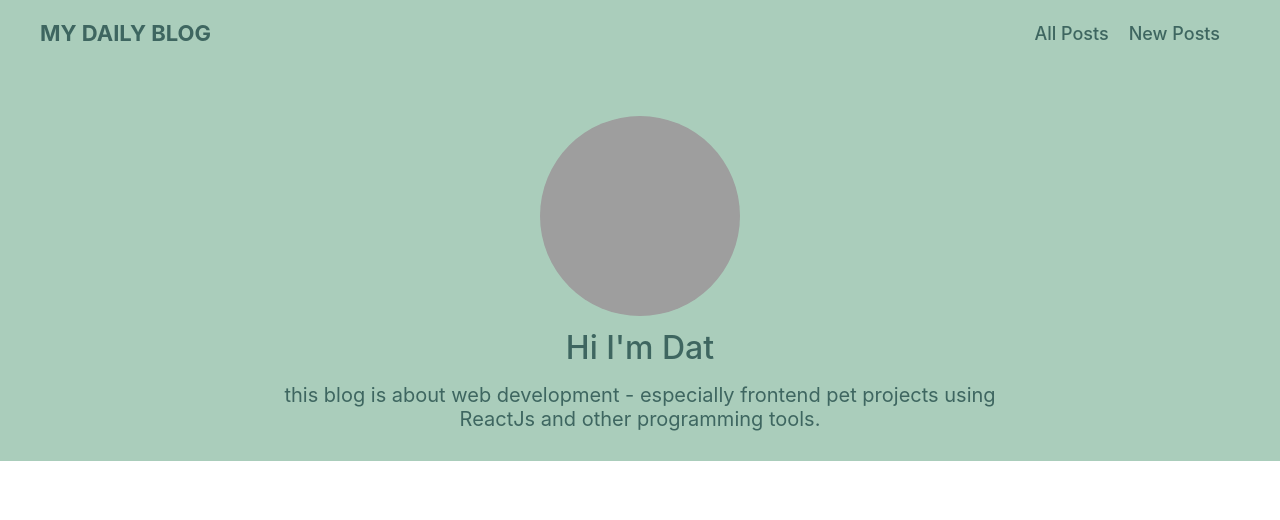
Repository: lyvandat/post-project-nextjs
Page: /
The author's editor kept a copy of each file at every save. The page is drawn from the files as they stood at one save, then again after the next save.
The browser window is 1280 px wide. The pictures show the whole page.
Pictures or frames that could not be fetched are drawn as grey boxes. The project was rebuilt for these pictures with package versions that can differ from the ones it lists, and the page was loaded fresh each time. The framework's server and built-in components were replaced by stand-ins that run in the browser. Also part of the build but not shown: next.config.js.

Above is the page before, as saved 2022-09-25 11:13:47.

### pages/_app.tsx
import "../styles/globals.css";
import type { AppProps } from "next/app";
import Layout from "../components/layout/Layout";

function MyApp({ Component, pageProps }: AppProps) {
  return (
    <Layout>
      <Component {...pageProps} />
    </Layout>
  );
}

export default MyApp;

### pages/index.tsx
import type { NextPage } from "next";
import React from "react";
import MainNavigation from "../components/layout/MainNavigation";
import Info from "../components/info/Info";

const Home: NextPage = () => {
  return (
    <React.Fragment>
      <Info />
    </React.Fragment>
  );
};

export default Home;

### styles/globals.css
:root {
  --background-green: #aacdbb;
  --light-green: #abb7ab;
  --medium-green: #8b9874;
  --high-green: #3e6660;
}

html,
body {
  color: var(--medium-green);
  padding: 0;
  margin: 0;
  font-family: -apple-system, BlinkMacSystemFont, Segoe UI, Roboto, Oxygen,
    Ubuntu, Cantarell, Fira Sans, Droid Sans, Helvetica Neue, sans-serif;
}

html {
  font-size: 62.5%;
}

body {
  font-size: 1.6rem;
}

a {
  color: inherit;
  text-decoration: none;
}

* {
  box-sizing: border-box;
  margin: 0;
  border: 0;
  padding: 0;
}

ul {
  padding-left: 0;
  list-style: none;
}

button {
  outline: none;
}

img {
  display: block;
  max-width: 100%;
}

.container {
  max-width: 1200px;
  width: 100%;
  margin-left: auto;
  margin-right: auto;
  display: flex;
  flex-direction: column;
  justify-content: center;
  align-items: center;
}

### components/layout/Layout.tsx
import React from "react";
import classes from "./Layout.module.css";
import MainNavigation from "./MainNavigation";

const Layout: React.FC<{ children: React.ReactNode }> = (props) => {
  return (
    <React.Fragment>
      <MainNavigation></MainNavigation>
      <main className={classes.main}>{props.children}</main>
    </React.Fragment>
  );
};

export default Layout;

### components/info/Info.tsx
import classes from "./Info.module.css";
import Image from "next/image";

const Info: React.FC = () => {
  return (
    <div className={classes.info}>
      <div className="container">
        <div className={classes["image-wrapper"]}>
          <Image
            src="/images/my-photo.jpg"
            alt="my photo"
            width={300}
            height={300}
          ></Image>
        </div>
        <h1>Hi I'm Dat</h1>
        <p>
          this blog is about web development - especially frontend pet projects
          using ReactJs and other programming tools.
        </p>
      </div>
    </div>
  );
};

export default Info;

### components/layout/Layout.module.css
.main {
  width: 100%;
  margin-left: auto;
  margin-right: auto;
}

### components/layout/MainNavigation.tsx
import classes from "./MainNavigation.module.css";
import Link from "next/link";

const MainNavigation: React.FC = (props) => {
  return (
    <header className={classes["main-header"]}>
      <div className={classes.container}>
        <Link href="/">
          <a>
            <h2>My Daily Blog</h2>
          </a>
        </Link>
        <nav>
          <ul>
            <li>
              <Link href="/">All Posts</Link>
            </li>
            <li>
              <Link href="/">New Posts</Link>
            </li>
          </ul>
        </nav>
      </div>
    </header>
  );
};

export default MainNavigation;

### components/info/Info.module.css
.info {
  background-color: var(--background-green);
  padding-top: 50px;
  padding-bottom: 30px;
  text-align: center;
  color: var(--high-green);
}

.image-wrapper {
  width: 200px;
  height: 200px;
  border-radius: 200px;
  overflow: hidden;
}

.image-wrapper img {
  height: 100%;
  object-fit: cover;
}

.info h1 {
  font-weight: 500;
  margin-top: 12px;
  margin-bottom: 16px;
}

.info p {
  width: 60%;
  font-size: 2rem;
}

### components/layout/MainNavigation.module.css
.main-header {
  background-color: var(--background-green);
  padding: 20px;
}

.container {
  color: var(--high-green);
  width: 100%;
  max-width: 1200px;
  display: flex;
  justify-content: space-between;
  align-items: center;
  margin: 0 auto;
}

.container h2 {
  font-size: 22px;
  font-weight: 700;
  text-transform: uppercase;
}

.container nav {
}

.container ul {
  display: flex;
  justify-content: flex-start;
}

.container li {
  margin-right: 20px;
}

.container a {
  font-weight: 600;
  font-size: 18px;
  font-weight: 500;
}

After the next save:
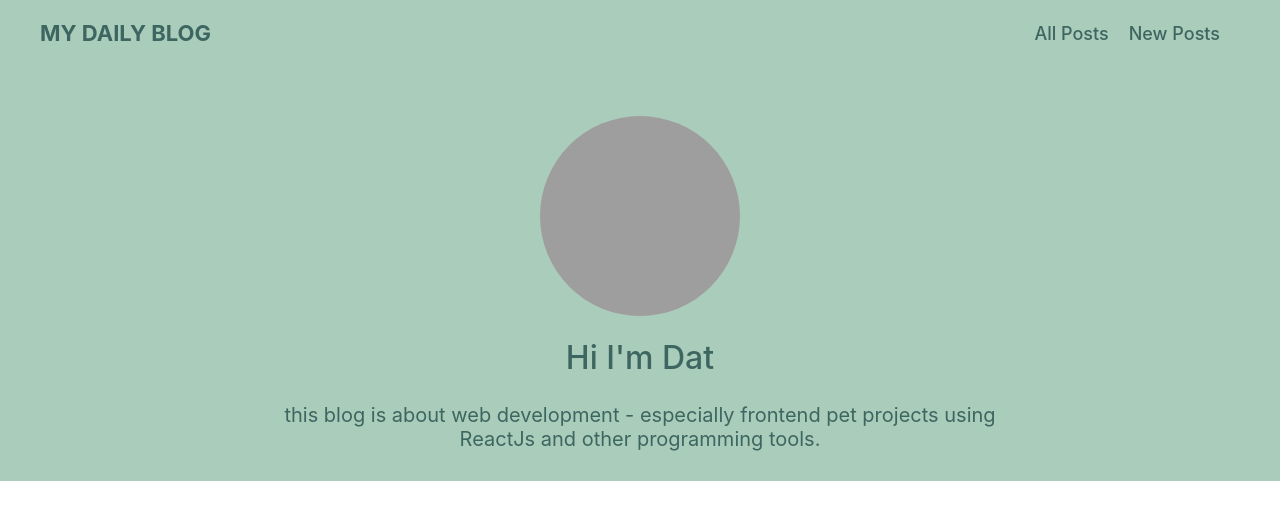
Saved 8 s later.
--- a/components/info/Info.module.css
+++ b/components/info/Info.module.css
@@ -20,8 +20,8 @@
 
 .info h1 {
   font-weight: 500;
-  margin-top: 12px;
-  margin-bottom: 16px;
+  margin-top: 22px;
+  margin-bottom: 26px;
 }
 
 .info p {
